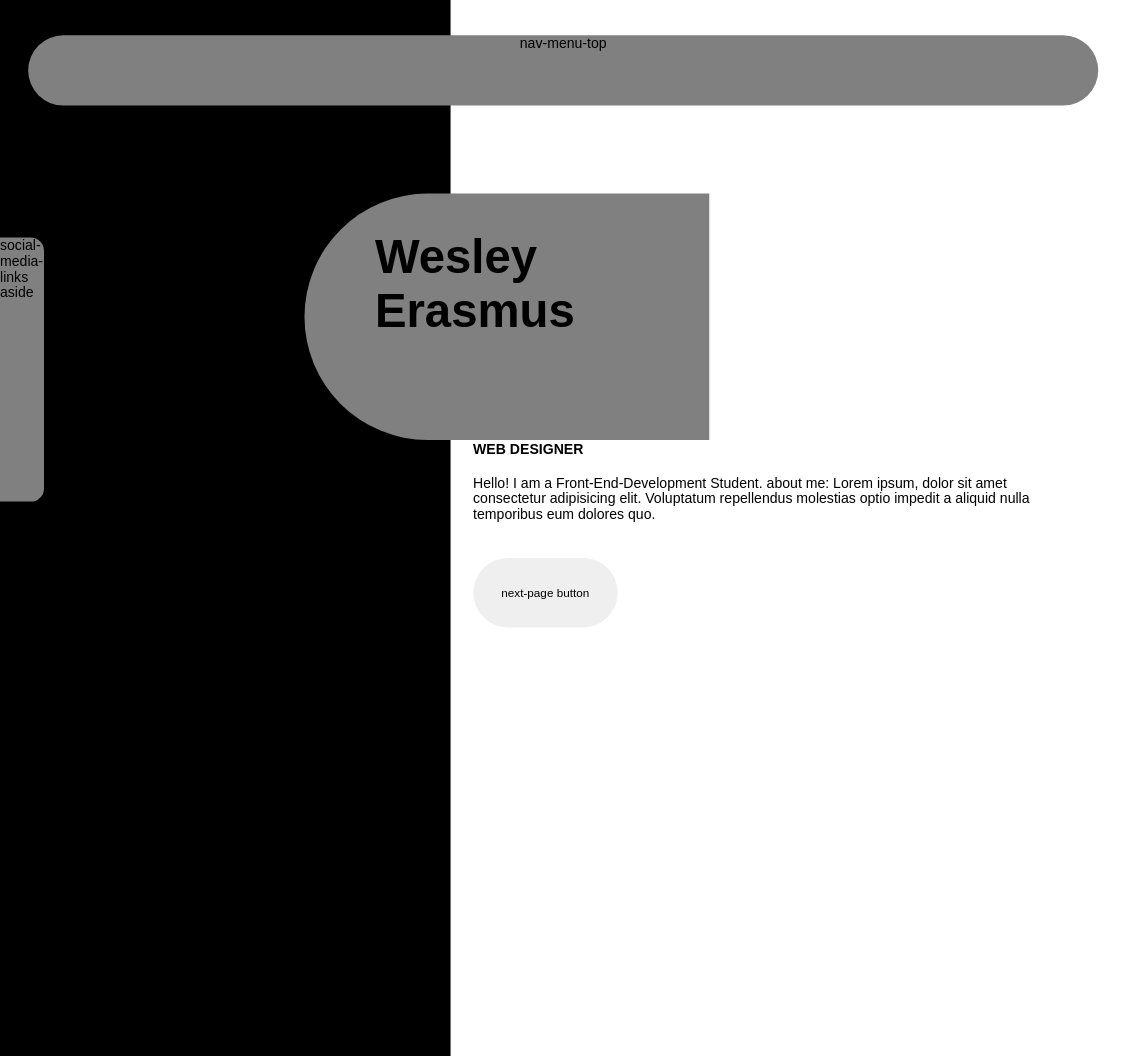
Repository: WesleyErasmus/MyDigitalResume-4
Page: index.html
An editor plug-in stored every save of this project. The page is shown before and after the next save, followed by the edit.
The browser window is 1280 px wide. The pictures show the whole page, at 88% of full size.

Above is the page before, as saved 2022-02-15 21:20:14.

### index.html
<!DOCTYPE html>
<html lang="en">
<head>
    <meta charset="UTF-8">
    <meta http-equiv="X-UA-Compatible" content="IE=edge">
    <meta name="viewport" content="width=device-width, initial-scale=1.0">
    <title>Wesley Erasmus Digital Resume 4 Project</title>
    <link rel="stylesheet" href="stylesheet.css">
</head>
<body>
    <!-- Landing page -->
    <header class="nav-menu-top">
        <!-- Name / Logo (jumbotron) / download CV / etc -->
        <p>nav-menu-top</p>
    </header>

    <aside class="self-portrait">
        <!-- creative image of myself -->
        <p>aside with large portrait image of myself</p>
    </aside>
    <nav class="social-media-links">
        <!-- side social media icons (float left / column direction) -->
        <p>social-media-links aside</p>
    </nav>
        <h1 class="name">
            <span class="name">
                Wesley
                <br>
                Erasmus
            </span>
        </h1>
        <!-- main bio; FED student / link to 2nd html page with CV content -->
     <article>
         <h4 ID="title">WEB DESIGNER</h4>
        <div class="about-me">
            <p>Hello! I am a Front-End-Development Student. about me: Lorem ipsum, dolor sit amet consectetur adipisicing elit. Voluptatum repellendus molestias optio impedit a aliquid nulla temporibus eum dolores quo.</p>
        </div>
        <button class="next-page">
            next-page button
        </button>
    </article>


</body>
</html>

### stylesheet.css

* {
    font-family: Arial, Helvetica, sans-serif;
    margin: 0;
    padding: 0;
}
@media screen
  and (min-device-width: 1200px)
  and (max-device-width: 1600px)
  and (-webkit-min-device-pixel-ratio: 1) {
}

body {
/* position: relative; */
}
header.nav-menu-top {
    position: relative;
    text-align: center;
    margin: 0 auto;
    width: 95%;
    height: 80px;
    border-radius: 50px;
    margin-top: 40px;
    background-color: grey;
}
aside.self-portrait {
    z-index: -1;
    background-color: black;
    position: absolute;
    /* position: fixed; */
    top: 0;
    left: 0;
    height: 1200px;
    width: 40%;
}
nav.social-media-links {
    position: relative;
    height: 300px;
    width: 50px;
    float: left;
    top: 150px;
    left: 0px;
    background-color: grey;
    border-radius: 0 15px 15px 0;
}
h1.name {
background-color: grey;
margin: 0 auto;
width: 300px;
height: 200px;
margin: 0;
position: absolute;
top: 50%;
left: 45%;
-ms-transform: translate(-50%, -50%);
transform: translate(-50%, -50%);
padding: 40px 80px 40px 80px;
font-size: 4.2vw;
border-radius:150px 0 0 150px;
}
span#name {
    margin: 0;
    top: 50%;
    /* centre text vertically */
}
article {
    width: 50%;
    left: 41%;
    position: absolute;
    height: 500px;
    top: 68vh;
    padding: 1%;
}
h4#title {
    margin-bottom: 20px;
}
button.next-page {
    margin-top: 40px;
    padding: 2rem;
    border-radius: 50px;
    border: none;
}

After the next save:
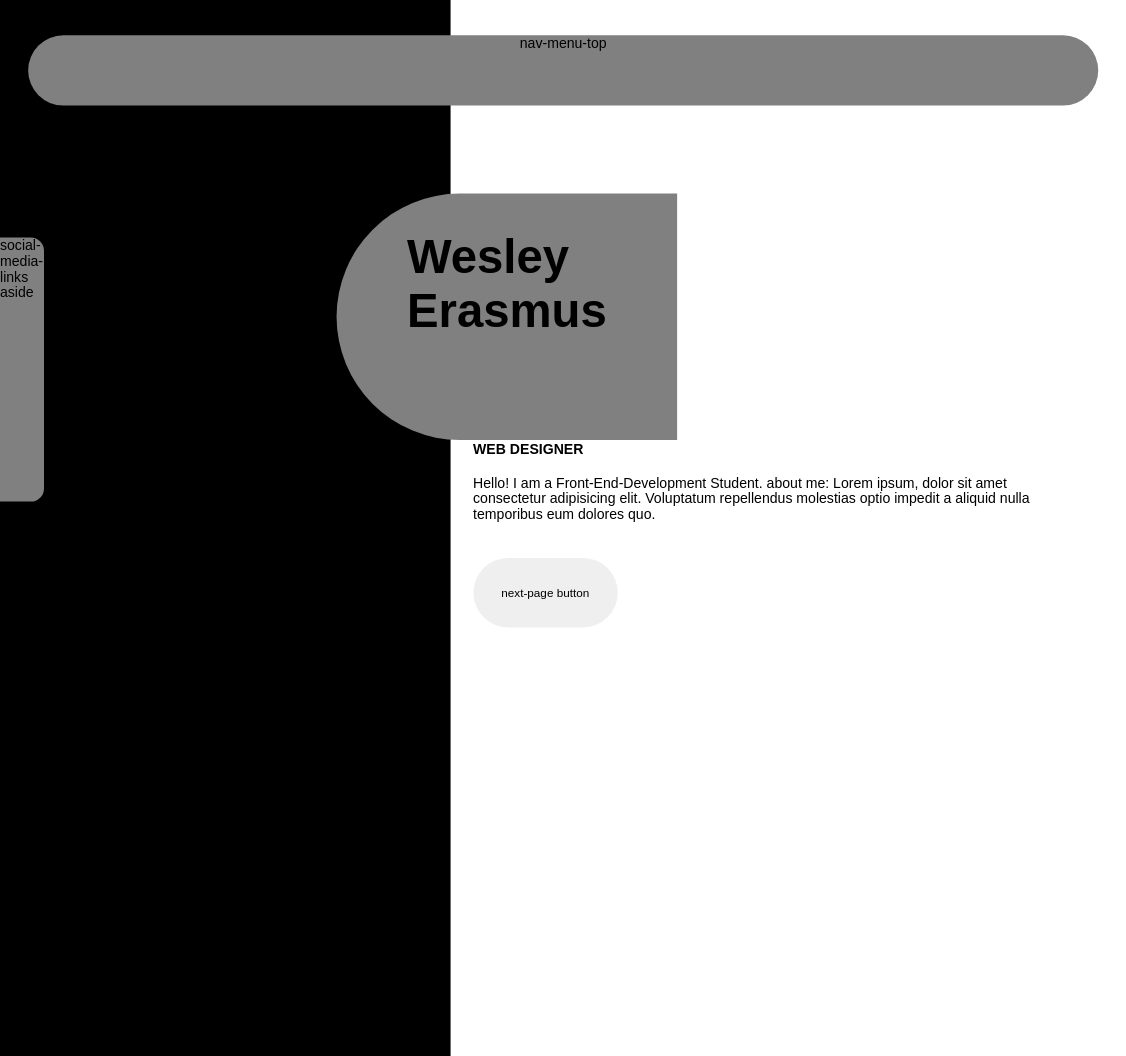
Saved 83 s later.
--- a/stylesheet.css
+++ b/stylesheet.css
@@ -46,7 +46,7 @@ nav.social-media-links {
 h1.name {
 background-color: grey;
 margin: 0 auto;
-width: 300px;
+/* width: 300px; */
 height: 200px;
 margin: 0;
 position: absolute;
